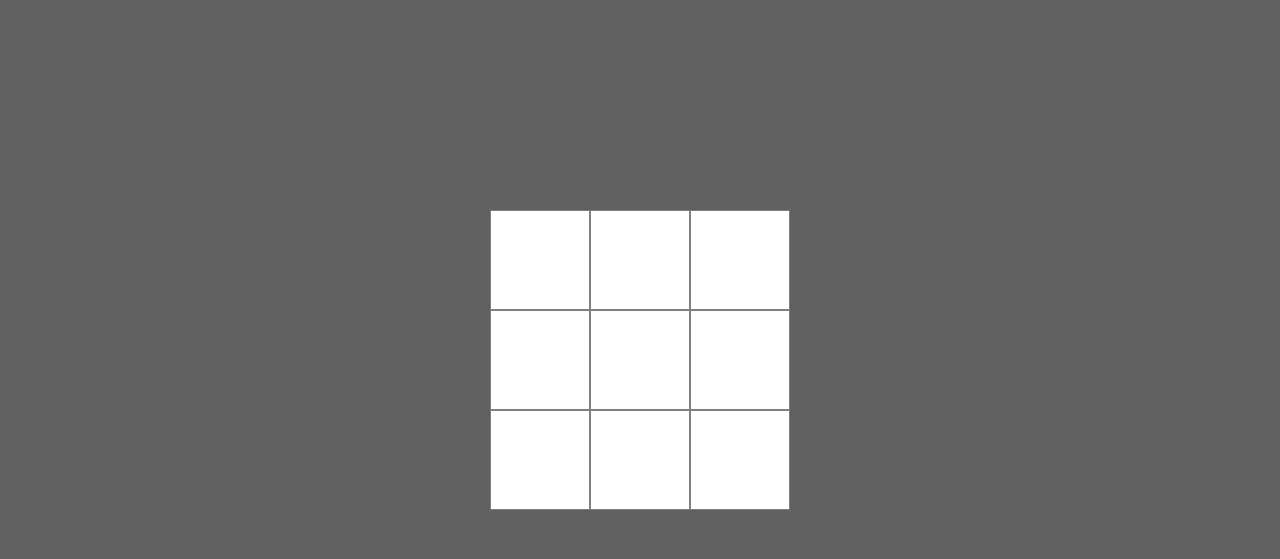
Repository: Minkeani/TIC-TAC_TOE
Page: /
The author's editor kept a copy of each file at every save. The page is drawn from the files as they stood at one save, then again after the next save.
The browser window is 1280 px wide. The pictures show the whole page.
Some web fonts or font styles are not loaded; a fallback is used. The project was rebuilt for these pictures with package versions that can differ from the ones it lists, and the page was loaded fresh each time.

Above is the page before, as saved 2022-05-22 16:27:46.

### public/index.html
<!DOCTYPE html>
<html lang="en">
  <head>
    <meta charset="utf-8" />
    <link rel="icon" href="%PUBLIC_URL%/favicon.ico" />
    <meta name="viewport" content="width=device-width, initial-scale=1" />
    <title>React App</title>
    <link rel="preconnect" href="https://fonts.googleapis.com">
<link rel="preconnect" href="https://fonts.gstatic.com" crossorigin>
<link href="https://fonts.googleapis.com/css2?family=Koulen&display=swap" rel="stylesheet">
  </head>
  <body>
    <div id="root"></div>
  </body>
</html>

### src/index.css
* {
  font-family: 'Koulen', cursive;
  margin: 0;
  padding: 0;
  box-sizing: border-box
}

### src/App.js
import './App.css';
import Game from './components/Game';

function App() {
  return (
    <div className="App">
     <Game/>
    </div>
  );
}

export default App;

### src/components/Game.jsx
import React, { useState } from 'react'
import './Game.css'
import { calWin } from '../helper'
import Board from './Board'

export default function Game() {

    const [board, setBoard] = useState(Array(9).fill(null))


    const [xIs, setXIs] = useState(true)

    const winner = calWin(board)

    const HandleClick = (index) => {
        const BoardCopy = [...board]

        if(winner || BoardCopy[index]) return

        BoardCopy[index] = xIs ? 'X' : 'O'

        setBoard(BoardCopy)
        setXIs(!xIs)
    }

    const startNewGame = () => {
        return (
            <button className='startNewGame'
            onClick={() => setBoard(Array(9).fill(null))}
            >
                Начать заново
            </button>
        )
    }

  return (
    <div className='wrapper'>
      <Board
      squares={board}
      click={HandleClick}
      />
    </div>
  )
}

### src/components/Game.css
.wrapper {
    min-height: 100vh;
    width: 100%;
    background: #606060;
    display: flex;
    align-items: center;
    justify-content: center;
    flex-direction: column
}

### src/helper.js
export function calWin(sq) {
    const lin = [
        [0, 1, 3],
        [3, 4, 5],
        [6, 7, 8],
        [0, 3, 6],
        [1, 4, 7],
        [2, 5, 8],
        [0, 4, 8],
        [2, 4, 6],
    ]

    for(let i = 0; i < lin.length; i++) {
        const [a, b, c] = lin[i]
        if(sq[a] && sq[a] === sq[b] && sq[a] === sq[c]) {
            return sq[a]
        }
    }
    return null
}

### src/components/Board.jsx
import React from 'react'
import './Board.css'
import Square from './Square'

export default function Board({squares, click}) {


  return (
    <div className='board'>
      {
          squares.map((square, index) => (
              <Square
                key={index}
                value={square}
                onClick={() => click(index)}
              />
          ))
      }
    </div>
  )
}

### src/components/Board.css
.board {
    width: 300px;
    height: 300px;
    background-color: red;
    display: flex;
    flex-wrap: wrap
}

### src/components/Square.jsx
import React from 'react'
import './Square.css'

export default function Square(props) {
  return (
    <button className='square'
    onClick={props.onClick}
    >
      {props.value}
    </button>
  )
}

### src/components/Square.css
.square {
    width: 100px;
    height: 100px;
    background: white;
    border: 1px solid gray;
    cursor: pointer;
    outline: none;
    align-items: center;
    font-size: 25px;
    justify-content: center;
    display: flex
}

Loaded but not shown: src/index.js (common file); src/App.css (common file)

After the next save:
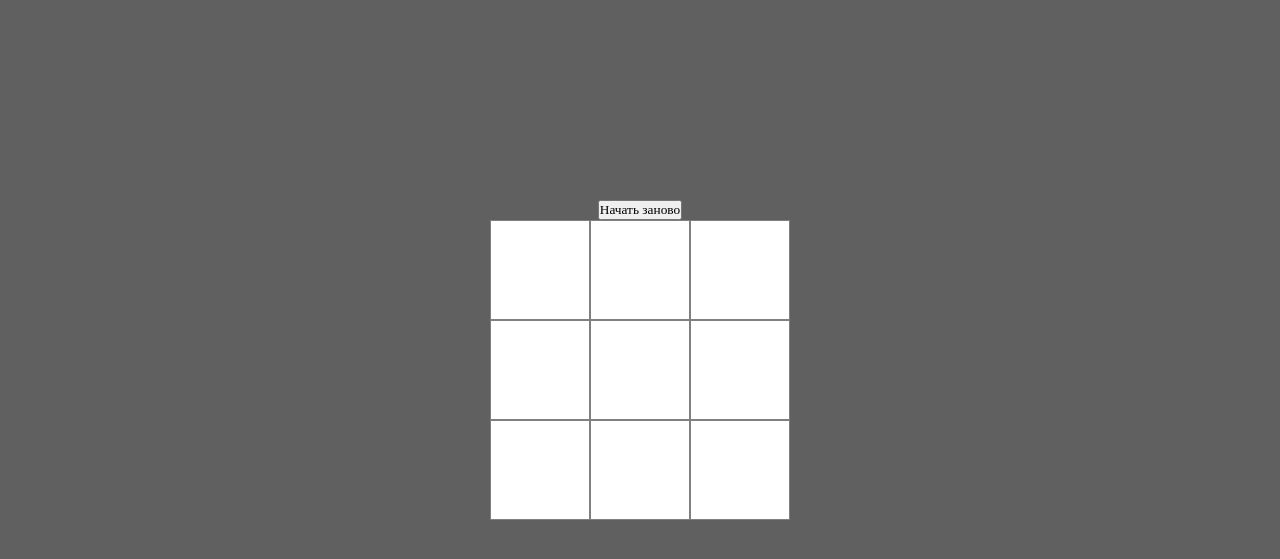
Saved 37 s later.
--- a/src/components/Game.jsx
+++ b/src/components/Game.jsx
@@ -35,6 +35,7 @@ export default function Game() {
 
   return (
     <div className='wrapper'>
+        {startNewGame()}
       <Board
       squares={board}
       click={HandleClick}
